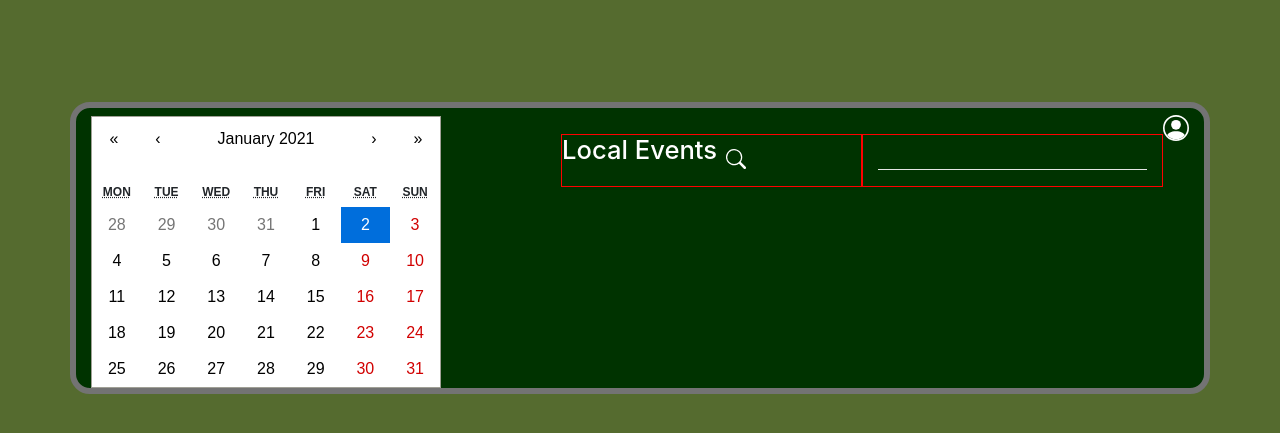
Repository: lalji-yadav/Calendar-code
Page: /
The author's editor kept a copy of each file at every save. The page is drawn from the files as they stood at one save, then again after the next save.
The browser window is 1280 px wide. The pictures show the whole page.
The project was rebuilt for these pictures with package versions that can differ from the ones it lists, and the page was loaded fresh each time. Also part of the build but not shown: src/App.css.

Above is the page before, as saved 2021-01-03 14:36:05.

### src/App.js
import logo from './logo.svg';
import './App.css';
import MyApp from './calendar/calendar'
import Home from "./calendar/Home";

function App() {
  return (
    <div>
      <header>

        <Home />

      </header>
    </div>
  );
}

export default App;

### src/calendar/calendar.js
import React, { useState } from 'react';
import 'react-calendar/dist/Calendar.css';
import Calendar from 'react-calendar';

function MyApp() {
  const [value, onChange] = useState(new Date());

  return (
    <div>
      <Calendar
        onChange={onChange}
        value={value}
      />
    </div>
  );
}

export default MyApp;

### src/calendar/Home.js
import React from 'react';
import "./Home.css";
import MyApp from "./calendar";

function Home() {

  return (
    <div className="main">
      <div className='container'>
        <div className="row">
          <div className="col-sm-5 calendar">
             <MyApp />
          </div>
          <div className="col-sm-7">

            <div style={{float:"right", paddingTop:"1%"}}>
            <svg xmlns="http://www.w3.org/2000/svg" width="26" height="26" fill="white" class="bi bi-person-circle" viewBox="0 0 16 16">
            <path d="M13.468 12.37C12.758 11.226 11.195 10 8 10s-4.757 1.225-5.468 2.37A6.987 6.987 0 0 0 8 15a6.987 6.987 0 0 0 5.468-2.63z"/>
             <path fill-rule="evenodd" d="M8 9a3 3 0 1 0 0-6 3 3 0 0 0 0 6z"/>
             <path fill-rule="evenodd" d="M8 1a7 7 0 1 0 0 14A7 7 0 0 0 8 1zM0 8a8 8 0 1 1 16 0A8 8 0 0 1 0 8z"/>
            </svg>
            </div>

            <div className="row" style={{paddingTop:"4%"}}>
               <div className="col-sm-6" style={{border:"1px solid red"}}>
                 <div className="row">
                 <h1 style={{color:"white", fontSize:"2vw"}}>Local Events </h1>
               <svg  style={{margin:"5% 0% 0% 3%"}} xmlns="http://www.w3.org/2000/svg" width="20" height="20" fill="white" class="bi bi-search" viewBox="0 0 16 16">
               <path d="M11.742 10.344a6.5 6.5 0 1 0-1.397 1.398h-.001c.03.04.062.078.098.115l3.85 3.85a1 1 0 0 0 1.415-1.414l-3.85-3.85a1.007 1.007 0 0 0-.115-.1zM12 6.5a5.5 5.5 0 1 1-11 0 5.5 5.5 0 0 1 11 0z"/>
               </svg>
                 </div>
               </div>
               <div className="col-sm-6" style={{border:"1px solid red", paddingTop:"4%"}}>
               <hr style={{marginTop:"10px"}} />

               </div>


            </div>

          </div>
        </div>

      </div>

    </div>
  );
}
export default Home;

### src/calendar/Home.css
.main {
    width: 100%;
    height: 100%;
    position: absolute;
    /* padding: 10% 5% 10% 5%; */
    background-color: darkolivegreen;
}
.container {
    width: 80%;
    /* height: 70%; */
    margin: 8% 10% 8% 10%;
    background-color: #003300;
    border: 6px solid #737373;
    border-radius: 20px;
}
.calendar {
    /* border: 2px solid red; */
    margin-top: 8px;
}
hr {
    color: white;
    width: 100%;
    margin-top: 5em;
    background-color: white;
}
.tablebox {
    margin: 0% 0% 0% 3%;
    padding: 3%;
    width: 91%;
    border-radius: 15px;
    color: black;
    background-color: white;
}

Loaded but not shown: public/index.html (common file); src/index.js (common file); src/index.css (common file); src/reportWebVitals.js (common file)

After the next save:
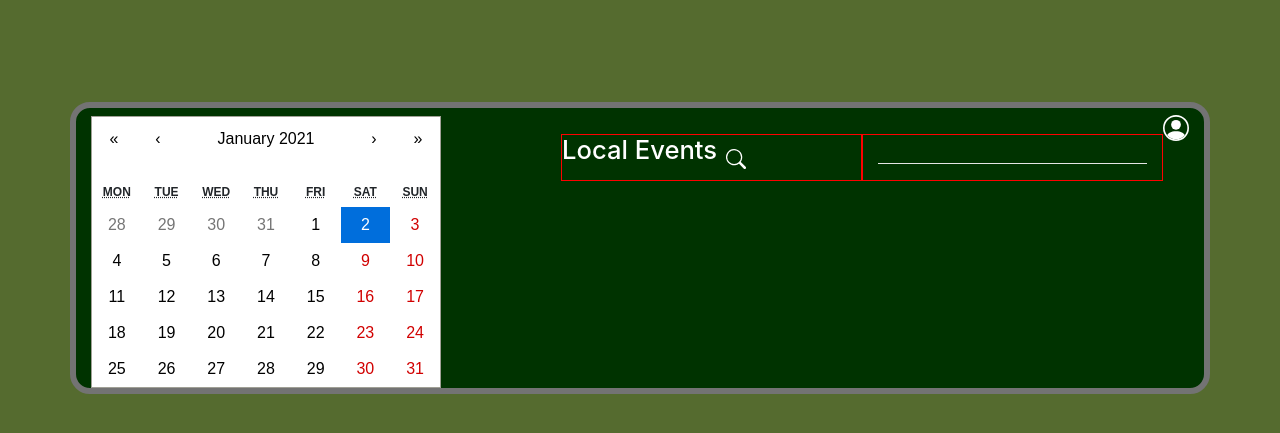
Saved 53 s later.
--- a/src/calendar/Home.js
+++ b/src/calendar/Home.js
@@ -30,7 +30,7 @@ function Home() {
                </svg>
                  </div>
                </div>
-               <div className="col-sm-6" style={{border:"1px solid red", paddingTop:"4%"}}>
+               <div className="col-sm-6" style={{border:"1px solid red", paddingTop:"3%"}}>
                <hr style={{marginTop:"10px"}} />
 
                </div>
